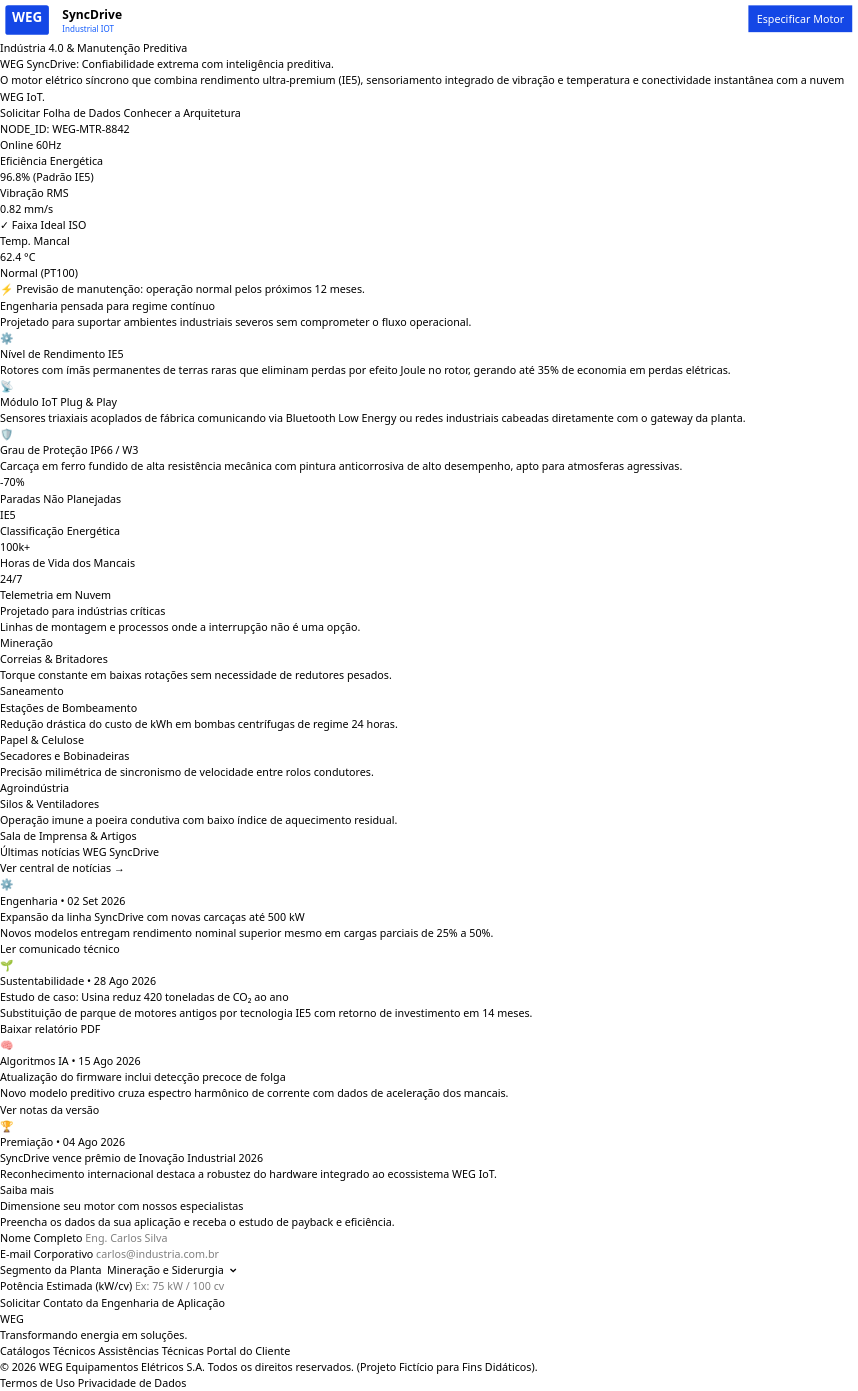
Repository: PatriciaHorst/tailwind-base
Page: index.html
The author's editor kept a copy of each file at every save. The page is drawn from the files as they stood at one save, then again after the next save.
The browser window is 1280 px wide. The pictures show the whole page, at 67% of full size.

Above is the page before, as saved 2026-09-08 19:11:51.

### index.html
<!DOCTYPE html>
<html lang="pt-BR">
<head>
  <meta charset="UTF-8">
  <meta name="viewport" content="width=device-width, initial-scale=1.0">
  <title>WEG SyncDrive IoT - Exercício Tailwind CSS</title>
  <script src="https://cdn.jsdelivr.net/npm/@tailwindcss/browser@4"></script>
</head>
<body>

  <!-- ==========================================
       1. HEADER / NAVBAR
       Desafio:
       - Fixar no topo (sticky top-0) com fundo translúcido/blur.
       - Logo WEG em destaque com fundo azul industrial.
       - Menu oculto em telas pequenas e visível em lg:.
  =========================================== -->
  <header>
    <div class="flex flex-row justify-between">
      <div class="flex flex-row mx-2 my-2 gap-5 " >
        <div class="bg-blue-700 text-xl font-black text-white px-2.5 py-1 rounded ">
          WEG
        </div>
        <div class="flex flex-col" >
          <span class="font-bold text-lg">SyncDrive</span>
          <span class=" text-xs text-blue-600 ">Industrial IOT</span>
        </div>
      </div>

      <nav class="hidden">
        <a href="#solucao">A Solução</a>
        <a href="#recursos">Tecnologia</a>
        <a href="#metricas">Performance</a>
        <a href="#aplicacoes">Aplicações</a>
        <a href="#novidades">Notícias</a>
      </nav>

      <div class=" flex flex-col mx-2 my-2">
        <a class="hidden" href="#contato">Falar com Consultor</a>
        <a  class=" bg-blue-700 text-white px-3 py-2" href="#contato">Especificar Motor</a>
      </div>
    </div>
  </header>

  <main>
    <!-- ==========================================
         2. HERO SECTION
         Desafio:
         - Layout em grid de 2 colunas no desktop (texto + painel de telemetria).
         - Centralizado no mobile, alinhado à esquerda em lg:.
         - Estilizar o card escuro de telemetria com badges e status.
    =========================================== -->
    <section id="solucao">
      <div>
        <div>

          <!-- Coluna 1: Conteúdo Textual -->
          <div>
            <span>Indústria 4.0 & Manutenção Preditiva</span>
            <h1>WEG SyncDrive: Confiabilidade extrema com inteligência preditiva.</h1>
            <p>
              O motor elétrico síncrono que combina rendimento ultra-premium (IE5), sensoriamento integrado de vibração e temperatura e conectividade instantânea com a nuvem WEG IoT.
            </p>
            <div>
              <a href="#contato">Solicitar Folha de Dados</a>
              <a href="#recursos">Conhecer a Arquitetura</a>
            </div>
          </div>

          <!-- Coluna 2: Card de Telemetria IoT -->
          <div>
            <div>
              <div>
                <span>NODE_ID: WEG-MTR-8842</span>
                <div>
                  <span></span>
                  <span>Online 60Hz</span>
                </div>
              </div>

              <div>
                <div>
                  <span>Eficiência Energética</span>
                  <div>96.8% <span>(Padrão IE5)</span></div>
                </div>

                <div>
                  <div>
                    <span>Vibração RMS</span>
                    <div>0.82 mm/s</div>
                    <span>✓ Faixa Ideal ISO</span>
                  </div>
                  <div>
                    <span>Temp. Mancal</span>
                    <div>62.4 °C</div>
                    <span>Normal (PT100)</span>
                  </div>
                </div>

                <div>
                  ⚡ Previsão de manutenção: operação normal pelos próximos 12 meses.
                </div>
              </div>
            </div>
          </div>

        </div>
      </div>
    </section>

    <!-- ==========================================
         3. RECURSOS / ESPECIFICAÇÕES TÉCNICAS
         Desafio:
         - Grid responsivo de 3 colunas (1 col mobile, 3 cols desktop).
         - Efeito hover nos cards com transição suave de borda ou sombra.
    =========================================== -->
    <section id="recursos">
      <div>
        <div>
          <h2>Engenharia pensada para regime contínuo</h2>
          <p>Projetado para suportar ambientes industriais severos sem comprometer o fluxo operacional.</p>
        </div>

        <div>
          <article>
            <div>⚙️</div>
            <h3>Nível de Rendimento IE5</h3>
            <p>Rotores com ímãs permanentes de terras raras que eliminam perdas por efeito Joule no rotor, gerando até 35% de economia em perdas elétricas.</p>
          </article>

          <article>
            <div>📡</div>
            <h3>Módulo IoT Plug & Play</h3>
            <p>Sensores triaxiais acoplados de fábrica comunicando via Bluetooth Low Energy ou redes industriais cabeadas diretamente com o gateway da planta.</p>
          </article>

          <article>
            <div>🛡️</div>
            <h3>Grau de Proteção IP66 / W3</h3>
            <p>Carcaça em ferro fundido de alta resistência mecânica com pintura anticorrosiva de alto desempenho, apto para atmosferas agressivas.</p>
          </article>
        </div>
      </div>
    </section>

    <!-- ==========================================
         4. MÉTRICAS / NÚMEROS INDUSTRIAIS
         Desafio:
         - Seção de alto contraste (fundo escuro slate-900).
         - Grid de 2 colunas no mobile e 4 colunas em telas maiores.
    =========================================== -->
    <section id="metricas">
      <div>
        <div>
          <div>
            <div>-70%</div>
            <div>Paradas Não Planejadas</div>
          </div>
          <div>
            <div>IE5</div>
            <div>Classificação Energética</div>
          </div>
          <div>
            <div>100k+</div>
            <div>Horas de Vida dos Mancais</div>
          </div>
          <div>
            <div>24/7</div>
            <div>Telemetria em Nuvem</div>
          </div>
        </div>
      </div>
    </section>

    <!-- ==========================================
         5. APLICAÇÕES INDUSTRIAIS
         Desafio:
         - Grid de 4 colunas adaptável (1 col mobile, 2 sm, 4 lg).
         - Uso de tags de categoria uppercase com tipografia reduzida.
    =========================================== -->
    <section id="aplicacoes">
      <div>
        <div>
          <h2>Projetado para indústrias críticas</h2>
          <p>Linhas de montagem e processos onde a interrupção não é uma opção.</p>
        </div>

        <div>
          <div>
            <span>Mineração</span>
            <h4>Correias & Britadores</h4>
            <p>Torque constante em baixas rotações sem necessidade de redutores pesados.</p>
          </div>

          <div>
            <span>Saneamento</span>
            <h4>Estações de Bombeamento</h4>
            <p>Redução drástica do custo de kWh em bombas centrífugas de regime 24 horas.</p>
          </div>

          <div>
            <span>Papel & Celulose</span>
            <h4>Secadores e Bobinadeiras</h4>
            <p>Precisão milimétrica de sincronismo de velocidade entre rolos condutores.</p>
          </div>

          <div>
            <span>Agroindústria</span>
            <h4>Silos & Ventiladores</h4>
            <p>Operação imune a poeira condutiva com baixo índice de aquecimento residual.</p>
          </div>
        </div>
      </div>
    </section>

    <!-- ==========================================
         6. NOVIDADES / NOTÍCIAS (4 ITENS)
         Desafio:
         - Cabeçalho com alinhamento justify-between.
         - 4 cards em grid: 1 col (mobile), 2 cols (md), 4 cols (lg).
         - Imagem/banner visual com gradiente em cada notícia.
         - Flexbox nos cards para fixar o link de leitura no rodapé.
    =========================================== -->
    <section id="novidades">
      <div>

        <div>
          <div>
            <span>Sala de Imprensa & Artigos</span>
            <h2>Últimas notícias WEG SyncDrive</h2>
          </div>
          <a href="#">Ver central de notícias →</a>
        </div>

        <div>
          <!-- Notícia 1 -->
          <article>
            <div>⚙️</div>
            <div>
              <div>
                <span>Engenharia</span>
                <span>•</span>
                <time>02 Set 2026</time>
              </div>
              <h3>
                <a href="#">Expansão da linha SyncDrive com novas carcaças até 500 kW</a>
              </h3>
              <p>Novos modelos entregam rendimento nominal superior mesmo em cargas parciais de 25% a 50%.</p>
              <a href="#">Ler comunicado técnico</a>
            </div>
          </article>

          <!-- Notícia 2 -->
          <article>
            <div>🌱</div>
            <div>
              <div>
                <span>Sustentabilidade</span>
                <span>•</span>
                <time>28 Ago 2026</time>
              </div>
              <h3>
                <a href="#">Estudo de caso: Usina reduz 420 toneladas de CO₂ ao ano</a>
              </h3>
              <p>Substituição de parque de motores antigos por tecnologia IE5 com retorno de investimento em 14 meses.</p>
              <a href="#">Baixar relatório PDF</a>
            </div>
          </article>

          <!-- Notícia 3 -->
          <article>
            <div>🧠</div>
            <div>
              <div>
                <span>Algoritmos IA</span>
                <span>•</span>
                <time>15 Ago 2026</time>
              </div>
              <h3>
                <a href="#">Atualização do firmware inclui detecção precoce de folga</a>
              </h3>
              <p>Novo modelo preditivo cruza espectro harmônico de corrente com dados de aceleração dos mancais.</p>
              <a href="#">Ver notas da versão</a>
            </div>
          </article>

          <!-- Notícia 4 -->
          <article>
            <div>🏆</div>
            <div>
              <div>
                <span>Premiação</span>
                <span>•</span>
                <time>04 Ago 2026</time>
              </div>
              <h3>
                <a href="#">SyncDrive vence prêmio de Inovação Industrial 2026</a>
              </h3>
              <p>Reconhecimento internacional destaca a robustez do hardware integrado ao ecossistema WEG IoT.</p>
              <a href="#">Saiba mais</a>
            </div>
          </article>
        </div>

      </div>
    </section>

    <!-- ==========================================
         7. FORMULÁRIO DE CONTATO / DIMENSIONAMENTO
         Desafio:
         - Inputs estilizados com focus rings.
         - Grid de formulário com campos em 2 colunas no desktop.
    =========================================== -->
    <section id="contato">
      <div>
        <div>
          <h2>Dimensione seu motor com nossos especialistas</h2>
          <p>Preencha os dados da sua aplicação e receba o estudo de payback e eficiência.</p>
        </div>

        <form>
          <div>
            <div>
              <label>Nome Completo</label>
              <input type="text" placeholder="Eng. Carlos Silva">
            </div>
            <div>
              <label>E-mail Corporativo</label>
              <input type="email" placeholder="carlos@industria.com.br">
            </div>
          </div>

          <div>
            <div>
              <label>Segmento da Planta</label>
              <select>
                <option>Mineração e Siderurgia</option>
                <option>Papel e Celulose</option>
                <option>Saneamento e Água</option>
                <option>Química e Petroquímica</option>
                <option>Alimentos e Bebidas</option>
              </select>
            </div>
            <div>
              <label>Potência Estimada (kW/cv)</label>
              <input type="text" placeholder="Ex: 75 kW / 100 cv">
            </div>
          </div>

          <button type="submit">Solicitar Contato da Engenharia de Aplicação</button>
        </form>
      </div>
    </section>
  </main>

  <!-- ==========================================
       8. RODAPÉ / FOOTER
       Desafio:
       - Layout corporativo com tipografia sutil.
       - Disposição em flexbox responsivo (colunas empilhadas no mobile, linha no desktop).
  =========================================== -->
  <footer>
    <div>
      <div>
        <div>
          <div>WEG</div>
          <span>Transformando energia em soluções.</span>
        </div>
        <div>
          <a href="#">Catálogos Técnicos</a>
          <a href="#">Assistências Técnicas</a>
          <a href="#">Portal do Cliente</a>
        </div>
      </div>
      <div>
        <p>© 2026 WEG Equipamentos Elétricos S.A. Todos os direitos reservados. (Projeto Fictício para Fins Didáticos).</p>
        <div>
          <a href="#">Termos de Uso</a>
          <a href="#">Privacidade de Dados</a>
        </div>
      </div>
    </div>
  </footer>

</body>
</html>

After the next save:
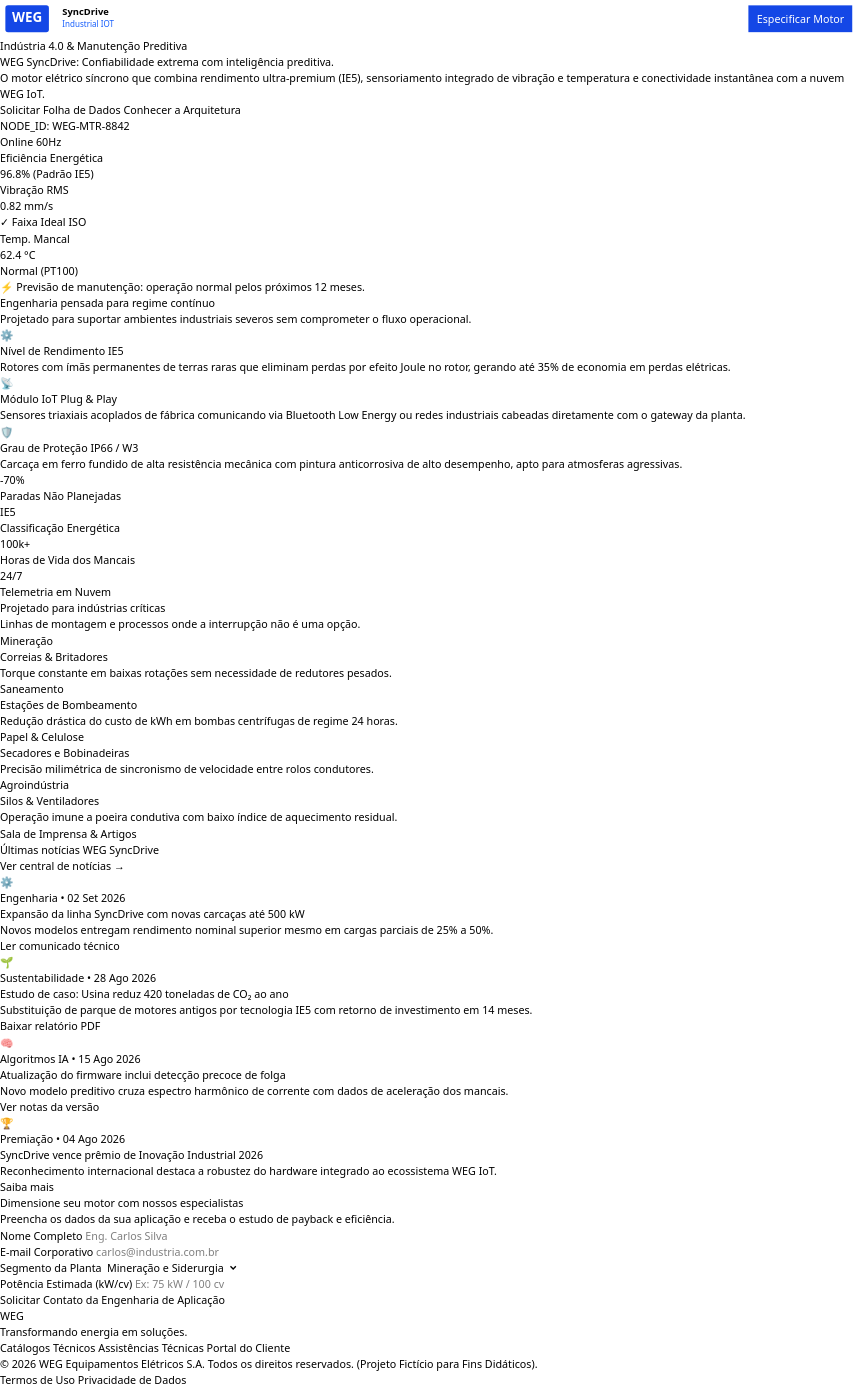
Saved 8 s later.
--- a/index.html
+++ b/index.html
@@ -22,7 +22,7 @@
           WEG
         </div>
         <div class="flex flex-col" >
-          <span class="font-bold text-lg">SyncDrive</span>
+          <span class="font-bold text-sm">SyncDrive</span>
           <span class=" text-xs text-blue-600 ">Industrial IOT</span>
         </div>
       </div>
